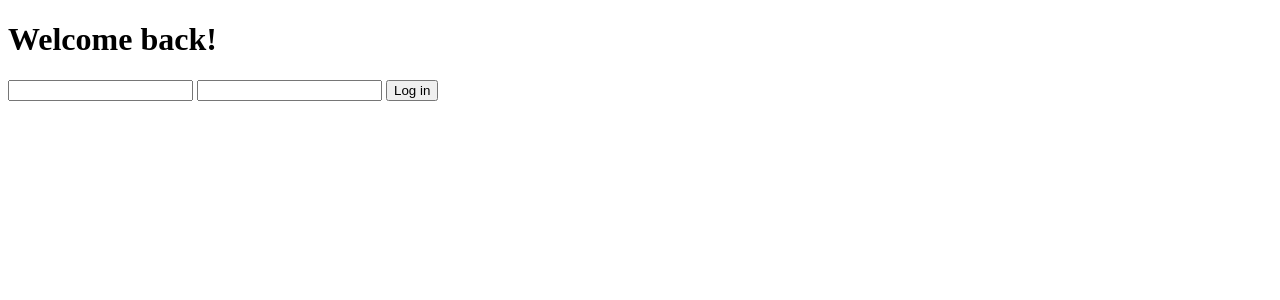
Repository: NicolasssCarlos/basic-flask-login
Page: http://localhost/
The author's editor kept a copy of each file at every save. The page is drawn from the files as they stood at one save, then again after a run of saves.
The browser window is 1280 px wide. The pictures show the whole page.
The page is served by the project's application, run on Flask 3 (app.py).

Above is the page before, as saved 2025-06-11 18:58:21.

### templates/index.html
<!DOCTYPE html>
<html lang="en">
<head>
    <meta charset="UTF-8">
    <meta name="viewport" content="width=device-width, initial-scale=1.0">
    <title>Document</title>
</head>
<body>


    <div class="container">


        <h1>Welcome back!</h1>


        <div class="login">


            <form method="post">



              <input type="email" name="email" id="email">


              <input type="password" name="password" id="password">


              <button type="submit">Log in</button>



            </form>



        </div>



    </div>



</body>
</html>

### app.py
from flask import Flask, render_template, request

import sqlite3


app = Flask(__name__)



connection = sqlite3.connect("users_log.db")



cursor = connection.cursor()


cursor.execute ("""



            CREATE TABLE IF NOT EXISTS users_log (


                id INTEGER PRIMARY KEY AUTOINCREMENT,


                name TEXT,


                username TEXT,


                email TEXT,


                password TEXT

            )



                """)



@app.route("/", methods=["POST", "GET"])



def home():


    welcome = error = ""


    if request.method == "POST":


      email = request.form.get("email")


      password = request.form.get("password")


      cursor.execute("SELECT * FROM users_log WHERE email = ?", (email, ))


      user_found = cursor.fetchone()


      if user_found:


         password_right = user_found[4]


         if password_right == password:

            welcome = f"Welcome, {user_found[1]}"


         else:


            error = "Login failed. Incorrect email or password"



    return render_template("index.html", welcome=welcome, error=error)


if __name__ == "__main__":


    app.run(debug=True)

After the next 3 saves:
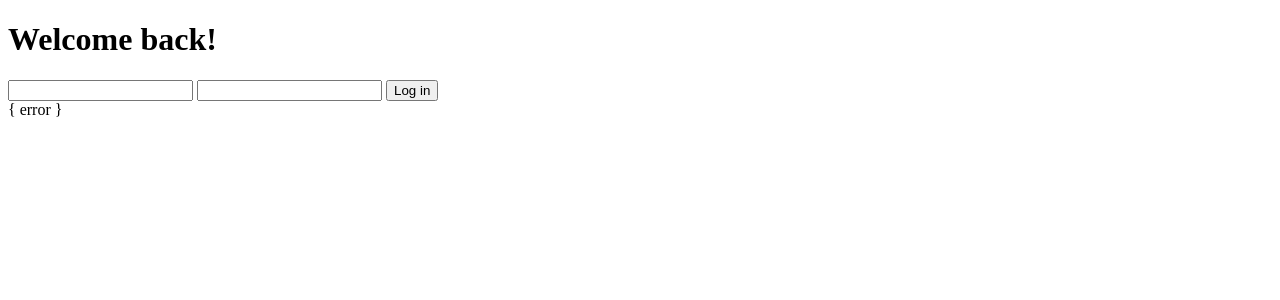
The 3 saves are shown as one change because 2 did not build or start.
The last was saved 2 min 14 s later.
--- a/templates/index.html
+++ b/templates/index.html
@@ -38,6 +38,21 @@
         </div>
 
 
+        {% if login_success %}
+
+
+            {{ welcome }}
+
+
+        {% else %}
+
+
+            { error }
+
+
+        {% endif %}
+
+
 
     </div>
 

After the save that followed:
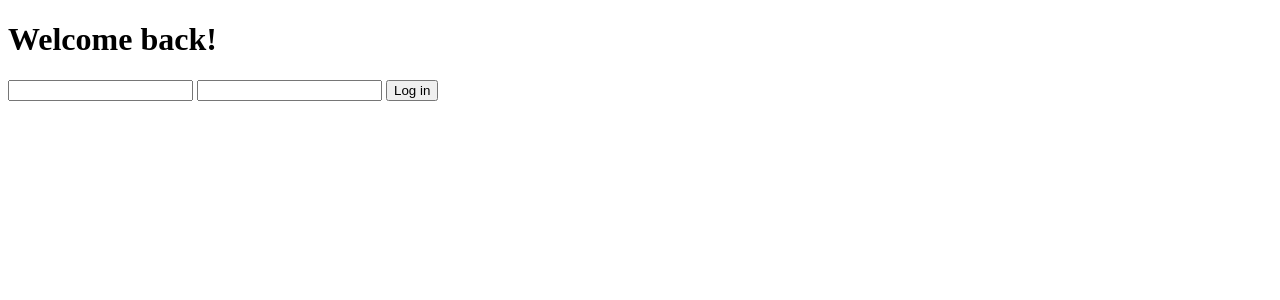
Saved 42 s later.
--- a/templates/index.html
+++ b/templates/index.html
@@ -47,7 +47,7 @@
         {% else %}
 
 
-            { error }
+            {{ error }}
 
 
         {% endif %}
